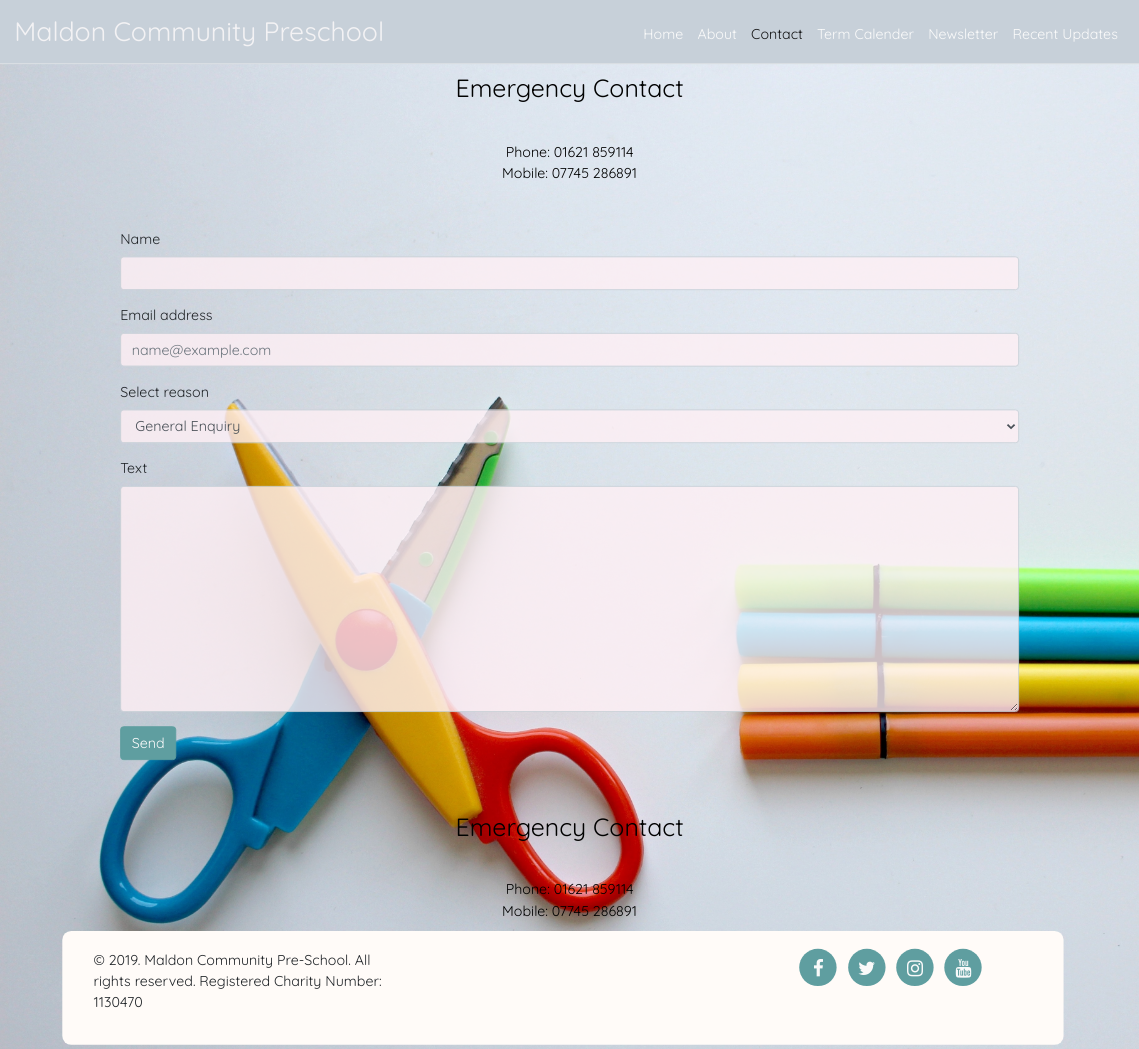
Repository: parkslee/milestone_1
Page: contact.html
The author's editor kept a record of every edit. The page is drawn from the files as they stood at one moment, then again after the next edit.
The browser window is 1280 px wide. The pictures show the whole page, at 89% of full size.
Some web libraries are served in a nearby version.

Above is the page before.

### contact.html
<!DOCTYPE html>
<html lang="en">

<head>
    <meta charset="UTF-8">
    <meta name="viewport" content="width=device-width, initial-scale=1.0">
    <meta http-equiv="X-UA-Compatible" content="ie=edge">
    <link rel="stylesheet" href="https://maxcdn.bootstrapcdn.com/bootstrap/4.2.1/css/bootstrap.min.css" type="text/css" />
    <link rel="stylesheet" href="https://maxcdn.bootstrapcdn.com/font-awesome/4.7.0/css/font-awesome.min.css" type="text/css" />
    <link rel="stylesheet" href="https://cdnjs.cloudflare.com/ajax/libs/hover.css/2.1.1/css/hover-min.css" type="text/css" />
    <link rel="stylesheet" href="assets\css\style.css">
    <title>Contact</title>
</head>

<body class="contact-image">

    <!-------------------------------------------------------------------------------navigation-->
    <header>

        <div class="container-fullwidth">
            <nav class="navbar navbar-expand-lg navbar-light bg-light border-bottom">
                <a class="navbar-brand" href="./index.html">Maldon Community Preschool</a>
                <button class="navbar-toggler" type="button" data-toggle="collapse" data-target="#navbarNav" aria-controls="navbarNav" aria-expanded="false" aria-label="Toggle navigation">
                    <span class="navbar-toggler-icon"></span>
                </button>
                <div class="collapse navbar-collapse" id="navbarNav">
                    <ul class="navbar-nav text-center ml-auto">
                        <li class="nav-item">

                            <a class="nav-link" href="./index.html">Home</a>
                        </li>
                        <li class="nav-item">
                            <a class="nav-link" href="./about.html">About</a>
                        </li>
                        <li class="nav-item active">
                            <a class="nav-link" href="./contact.html">Contact<span class="sr-only">(current)</span></a>
                        </li>
                        <li class="nav-item">
                            <a class="nav-link" href="./calender.html">Term Calender</a>
                        </li>
                        <li class="nav-item">
                            <a class="nav-link" href="./newsletter.html">Newsletter</a>
                        </li>
                        <li class="nav-item">
                            <a class="nav-link" href="./updates.html">Recent Updates</a>
                        </li>
                    </ul>
                </div>
            </nav>
        </div>
    </header>

    <h3 class="emergency-contact">Emergency Contact</h3>
    <br>
    <p class="emergency-contact"> Phone: 01621 859114
        <br> Mobile: 07745 286891</p>

    <div class="container">

        <form>
            <div class="form-group">
                <label for="form-name">Name</label>
                <input type="name" class="form-control" id="form-name" placeholder="">
            </div>
            <div class="form-group">
                <label for="form-name">Email address</label>
                <input type="email" class="form-control" id="form-name" placeholder="name@example.com">
            </div>
            <div class="form-group">
                <label for="form-select">Select reason</label>
                <select class="form-control" id="form-select">
                    <option>General Enquiry</option>
                    <option>Book a Visit</option>
                    <option>Meeting Request</option>
                    <option>Uniform Ordering</option>

                </select>
            </div>

            <div class="form-group">
                <label for="form-text">Text</label>
                <textarea class="form-control" id="form-text" rows="10"></textarea>
            </div>
            <button type="submit" class="btn btn-primary mb-2 contact-btn">Send</button>
        </form>

    </div>



    <h3 class="emergency-contact">Emergency Contact</h3>
    <br>
    <p class="emergency-contact"> Phone: 01621 859114
        <br> Mobile: 07745 286891</p>



    <!---------------------------first footer only displayed on desktop view-------------------->
    <!------https://medium.com/wdstack/bootstrap-4-hidden-visible-dd969a4c5854 tutorial for display properties bootstrap---->
    <div class="container">
        <footer class="d-none d-md-block">



            <div id="footer-details" class="row">
                <div class="col-sm-4">
                    <p class="inline-block charity">
                        © 2019. Maldon Community Pre-School. All rights reserved. Registered Charity Number: 1130470 </p>
                </div>

                <div class="col-sm-4 ml-auto">
                    <ul class="list-inline social-links">
                        <li class="list-inline-item">
                            <a target="_blank" href="https://facebook.com">
                                    <i class="fa fa-facebook" aria-hidden="true"></i>
                                    <span class="sr-only">Facebook</span>
                                </a>
                        </li>
                        <li class="list-inline-item">
                            <a target="_blank" href="https://twitter.com">
                                    <i class="fa fa-twitter" aria-hidden="true"></i>
                                    <span class="sr-only">Twitter</span>
                                </a>
                        </li>
                        <li class="list-inline-item">
                            <a target="_blank" href="https://instagram.com">
                                    <i class="fa fa-instagram" aria-hidden="true"></i>
                                    <span class="sr-only">Instagram</span>
                                </a>
                        </li>
                        <li class="list-inline-item">
                            <a target="_blank" href="https://youtube.com">
                                    <i class="fa fa-youtube" aria-hidden="true"></i>
                                    <span class="sr-only">YouTube</span>
                                </a>
                        </li>
                    </ul>
                </div>
            </div>
        </footer>
    </div>



    <!----second footer for mobile view (charity number hidden as to cluttered on mobile view)  -->
    <!------https://medium.com/wdstack/bootstrap-4-hidden-visible-dd969a4c5854 tutorial for display properties bootstrap---->
    <footer class="d-md-none">
        <div id="footer-mobile">
            <ul class="list-inline social-links">
                <li class="list-inline-item">
                    <a target="_blank" href="https://facebook.com">
                            <i class="fa fa-facebook" aria-hidden="true"></i>
                            <span class="sr-only">Facebook</span>
                        </a>
                </li>
                <li class="list-inline-item">
                    <a target="_blank" href="https://instagram.com">
                            <i class="fa fa-instagram" aria-hidden="true"></i>
                            <span class="sr-only">Instagram</span>
                        </a>
                </li>
                <li class="list-inline-item">
                    <a target="_blank" href="https://youtube.com">
                            <i class="fa fa-youtube" aria-hidden="true"></i>
                            <span class="sr-only">YouTube</span>
                        </a>
                </li>
            </ul>
        </div>
    </footer>


    <script src="https://code.jquery.com/jquery-3.3.1.slim.min.js" integrity="sha384-q8i/X+965DzO0rT7abK41JStQIAqVgRVzpbzo5smXKp4YfRvH+8abtTE1Pi6jizo" crossorigin="anonymous"></script>
    <script src="https://cdnjs.cloudflare.com/ajax/libs/popper.js/1.14.7/umd/popper.min.js" integrity="sha384-UO2eT0CpHqdSJQ6hJty5KVphtPhzWj9WO1clHTMGa3JDZwrnQq4sF86dIHNDz0W1" crossorigin="anonymous"></script>
    <script src="https://stackpath.bootstrapcdn.com/bootstrap/4.3.1/js/bootstrap.min.js" integrity="sha384-JjSmVgyd0p3pXB1rRibZUAYoIIy6OrQ6VrjIEaFf/nJGzIxFDsf4x0xIM+B07jRM" crossorigin="anonymous"></script>
</body>

</html>

### assets/css/style.css
@import url('https://fonts.googleapis.com/css?family=Quicksand&display=swap');

body {
    font-family: 'Quicksand', sans-serif;
}

/*------------------------------------------------------------Navigation----------*/

.navbar-nav .nav-link {
    margin-top: 5px;
}

.navbar-brand {
    font-weight: normal;
    font-size: 20px;
    }

.navbar-light .navbar-brand {
    color: rgb(243, 242, 244);
}

.navbar-light .navbar-nav .nav-link {
    color: #fafafa;
}

/*-------------------------------------!important statement used to override bootstrap defaults----*/
.bg-light {
   background-color: rgb(199, 208, 217) !important;
}

/*-------------------------------------------------------footer------------*/

.social-links {
    padding-bottom: 0px;
}

.social-links li a i {
    width: 42px;
    height: 42px;
    padding: 12px 0;
    border-radius: 50%;
    font-size: 21px;
    line-height: 19px;
    text-align: center;
    color: #fafafa;
    background: cadetblue;
    transition: all 0.35s ease-in-out;

}

.social-links li a i:hover {
    background: #dc3545;
}

#footer-details {
    padding: 20px;
    background-color: #fffbf8;
    position: relative;
    left: 0;
    bottom: 5px;
    border-radius: 10px;
}

#footer-mobile {
    padding: 60px;
    background-color: rgb(255, 255, 255, 0.0);
    width: 100%;
    text-align: center;
}




/*------------------------------------------------------------------index.html---------------*/

.bgimage {
    background-image: url(../images/home-bg2.jpg);
    background-size: cover;
    height: 100%;

    background-repeat: no-repeat;
}

.jumbotron {
    margin: 5% 5%;
    box-shadow: 10px 10px rgb(95, 158, 160, 0.5);
    background-color: rgb(255, 240, 245, 0.8);
}

.btn-primary {
    color: #fafafa;
    background-color: #866ecd;
    border-color: #866ccd;
}

.btn-primary:hover {

    background-color: #ffc107;
    border-color: #ffc107;
}

/*-------------------------------Newsletter on index.html (only displayed on larger screen sizes)-----------*/

.newsletter {
    background-color: #fafafa;
    position: relative;
    color: #423e3e;
    margin-bottom: 20px;
    box-shadow: 10px 10px rgb(95, 158, 160, 0.5);
    padding: 30px;
    border-radius: 10px;
}

.newsletter h1 {
    padding-top: 5px;
    text-align: center;
}

/*-----------------------------updates on index.html (only displayed on larger screen sizes)----*/

.updates-index {
    background-color: rgb(95, 158, 160);
    color: #423e3e;
    margin-bottom: 20px;
    border-radius: 10px;
    padding: 50px;
    box-shadow: 10px 10px rgb(255, 255, 255, 0.5);
}

.updates-index h1 {
    text-align: center;
}


/*---------------------------------------------------------------contact page--------------------*/

.contact-image {
    background-image: url(../images/contact-bg.jpg);
    background-size: cover;
    height: 100%;

    background-repeat: no-repeat;
}

.bg-light-contact {
    background-color: rgb(199, 208, 217) !important;
}

form {
    margin: 20px;
}

.form-control {
    background-color: rgb(255, 240, 245, 0.8);
}

.contact-btn {
    background-color: cadetblue;
    border-color: cadetblue;
}

.emergency-contact {
    text-align: center;
    color: #000100;
    margin-top: 10px;

}

/*------------------------------------------------------------------------- About--------------*/

.about-image {
    background-image: url(../images/about-bg.jpg);
    background-size: cover;
    height: 100%;
    background-repeat: no-repeat;
    background-position: 55%;

}

.about-content {
    text-align: center;
    color: #423e3e;
    margin-top: 20px;

}


/*----------.row style adjusted to stop screen streching------*/

.row {
    margin-right: 0px;
}



/*-------------------------------------------------------------------------calender---------------*/

.calender-image {
    background-image: url(../images/pencil_glass.jpg);
    background-size: cover;
    height: 100%;
    background-repeat: no-repeat;
    background-position: 55%;

}

/*------------------------------------------time line--------------------*/

/*-------bootstrap time line - https://bootsnipp.com/snippets/OzQj-------*/

.timeline {
    list-style: none;
    padding: 20px 0 20px;
    position: relative;
}

.timeline:before {
    top: 0;
    bottom: 0;
    position: absolute;
    content: " ";
    width: 3px;
    background-color: #eeeeee;
    left: 50%;
    margin-left: -1.5px;
}

.timeline>li {
    margin-bottom: 20px;
    position: relative;
}

.timeline>li:before,
.timeline>li:after {
    content: " ";
    display: table;
}

.timeline>li:after {
    clear: both;
}

.timeline>li:before,
.timeline>li:after {
    content: " ";
    display: table;
}

.timeline>li:after {
    clear: both;
}

.timeline>li>.timeline-panel {
    width: 46%;
    float: left;
    border: 1px solid #d4d4d4;
    border-radius: 2px;
    padding: 20px;
    background-color: #fafafa;
    position: relative;
    -webkit-box-shadow: 0 1px 6px rgba(0, 0, 0, 0.175);
    box-shadow: 0 1px 6px rgba(0, 0, 0, 0.175);

/*-----------border-radius added to bring inline with the overall style of the website----*/
    border-radius: 10px;
}

.timeline>li>.timeline-panel:before {
    position: absolute;
    top: 26px;
    right: -15px;
    display: inline-block;
    border-top: 15px solid transparent;
    border-left: 15px solid #ccc;
    border-right: 0 solid #ccc;
    border-bottom: 15px solid transparent;
    content: " ";
}

.timeline>li>.timeline-panel:after {
    position: absolute;
    top: 27px;
    right: -14px;
    display: inline-block;
    border-top: 14px solid transparent;
    border-left: 14px solid #fff;
    border-right: 0 solid #fff;
    border-bottom: 14px solid transparent;
    content: " ";
}

.timeline>li>.timeline-badge {
    color: #fff;
    width: 50px;
    height: 50px;
    line-height: 50px;
    font-size: 1.4em;
    text-align: center;
    position: absolute;
    top: 16px;
    left: 50%;
    margin-left: -25px;
    background-color: #999999;
    z-index: 100;
    border-top-right-radius: 50%;
    border-top-left-radius: 50%;
    border-bottom-right-radius: 50%;
    border-bottom-left-radius: 50%;
}

.timeline>li.timeline-inverted>.timeline-panel {
    float: right;
}

.timeline>li.timeline-inverted>.timeline-panel:before {
    border-left-width: 0;
    border-right-width: 15px;
    left: -15px;
    right: auto;
}

.timeline>li.timeline-inverted>.timeline-panel:after {
    border-left-width: 0;
    border-right-width: 14px;
    left: -14px;
    right: auto;
}

.timeline-badge.primary {
    background-color: #2e6da4 !important;
}

.timeline-badge.success {
    background-color: #3f903f !important;
}

.timeline-badge.warning {
    background-color: #28a745 !important;
}

.timeline-badge.danger {
    background-color: #d9534f !important;
}

.timeline-badge.info {
    background-color: #5bc0de !important;
}

.timeline-title {
    margin-top: 0;
    color: inherit;
}

.timeline-body>p,
.timeline-body>ul {
    margin-bottom: 0;
}

.timeline-body>p+p {
    margin-top: 5px;
}

@media (max-width: 767px) {
    ul.timeline:before {
        left: 40px;
    }

    ul.timeline>li>.timeline-panel {
        width: calc(100% - 90px);
        width: -moz-calc(100% - 90px);
        width: -webkit-calc(100% - 90px);
    }

    ul.timeline>li>.timeline-badge {
        left: 15px;
        margin-left: 0;
        top: 16px;
    }

    ul.timeline>li>.timeline-panel {
        float: right;
    }

    ul.timeline>li>.timeline-panel:before {
        border-left-width: 0;
        border-right-width: 15px;
        left: -15px;
        right: auto;
    }

    ul.timeline>li>.timeline-panel:after {
        border-left-width: 0;
        border-right-width: 14px;
        left: -14px;
        right: auto;
    }
}

/*----------------------------------------------------------------newsletter.html-------------*/

.newsletter-image {
    background-image: url(../images/newsletter-bg.jpg);
    background-size: cover;
    height: 100%;
    background-repeat: no-repeat;
    background-position: 75%;
}



.newsletter-content {
    color: #423e3e;
    padding: 30px;
}

.newsletter-content h1 {
    text-align: center;
}

.newsletter-blocks {
    background-color: #fafafa;
    border-radius: 5px;
    margin: 5px;
    box-shadow: 7px 7px rgb(95, 158, 160, 0.5);

}

.newsletter-opener {
    text-align: center;
    padding: 10px;
}



/*------------------------------------------------------------------updates.html-----------*/

.updates-image {
    background-image: url(../images/crayon-bg.jpg);
    background-size: cover;
    height: 100%;
    background-repeat: no-repeat;
    background-position: 50%;
}

.updates {
    color: #423e3e;

    padding: 30px;
}

.updates h1 {

    text-align: center;
}


.update-blocks {
    background-color: #fafafa;
    border-radius: 5%;
    margin: 5px;
    box-shadow: 7px 7px rgb(95, 158, 160, 0.5);

}


    .updates-content{
        margin-bottom: 20px;
    }




/*------------------------------------------------------------------------- media----------*/

@media only screen and (min-width: 768px) {






    /*---contact page----*/
    form {
        margin: 50px;
    }

    .contact-image {
        background-size: cover;
        height: 100%;

        background-repeat: no-repeat;
    }

    .bgimage {

        background-size: cover;
        height: 100%;
        background-repeat: no-repeat;
    }

    .calender-image {

        background-size: cover;
        height: 100%;

        background-repeat: no-repeat;
        background-position: 55%;

    }

    .updates-image {

        background-size: cover;
        height: 100%;

        background-repeat: no-repeat;
        background-position: 50%;
    }



    .list-inline {
        padding-left: 70px;

    }

    .navbar-brand {
        font-size: 30px;
    }

}

@media only screen and (min-height: 1024px) {


    .bgimage {

        background-size: cover;
        height: 100%;
        background-repeat: no-repeat;
    }

    .calender-image {

        background-size: cover;
        height: 100vh;

        background-repeat: no-repeat;
        background-position: 55%;

    }

    .updates-image {

        background-size: cover;
        height: 100vh;

        background-repeat: no-repeat;
        background-position: 50%;
    }

    .contact-image {
        background-size: cover;
        height: 100vh;

        background-repeat: no-repeat;
    }


}

After the next edit:
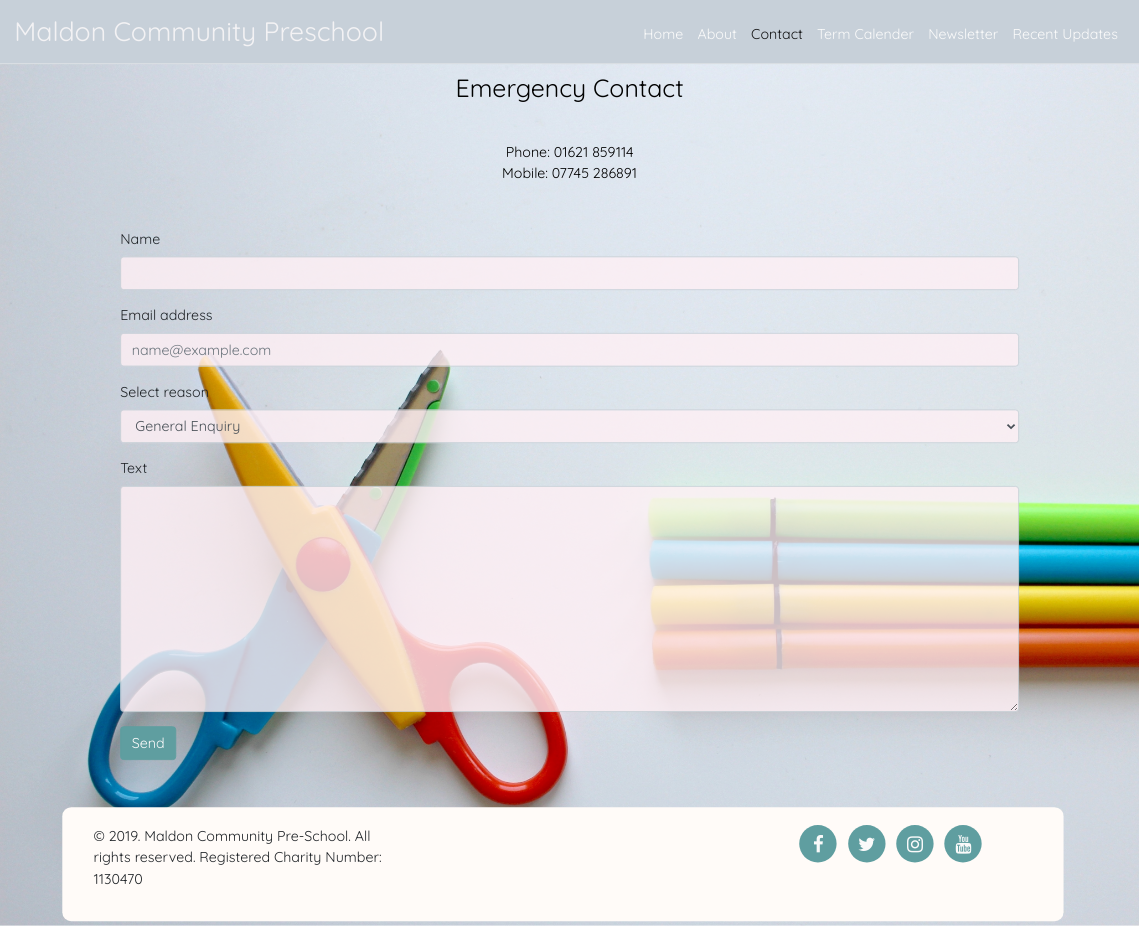
The edit:
--- a/contact.html
+++ b/contact.html
@@ -88,13 +88,6 @@
 
 
 
-    <h3 class="emergency-contact">Emergency Contact</h3>
-    <br>
-    <p class="emergency-contact"> Phone: 01621 859114
-        <br> Mobile: 07745 286891</p>
-
-
-
     <!---------------------------first footer only displayed on desktop view-------------------->
     <!------https://medium.com/wdstack/bootstrap-4-hidden-visible-dd969a4c5854 tutorial for display properties bootstrap---->
     <div class="container">
